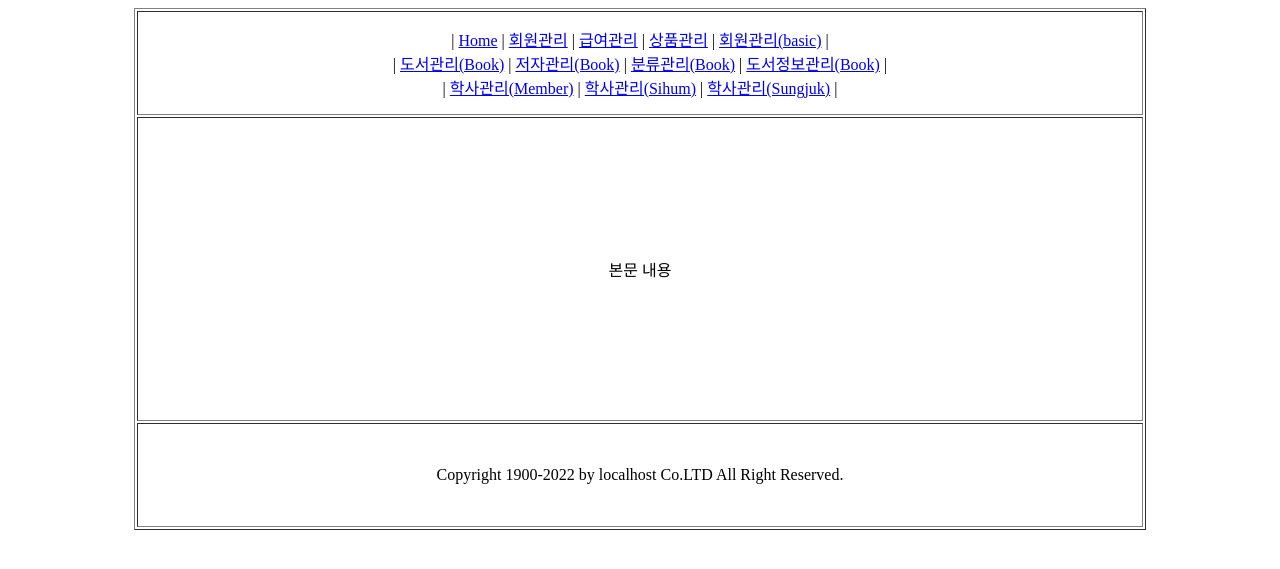
Repository: Mildous/HKIT-BackendClass
Page: http://localhost/jspTest/BookAuthor/delete.jsp
These files come from the project's save history. The page is drawn as it stood at one moment and after the next save; the edit follows.
The browser window is 1280 px wide. The pictures show the whole page.
The page is served by Tomcat 9. Other server files are loaded and not shown.

Above is the page before, as saved 2022-08-16 02:15:01.

### workspace/jsp/jspTest/WebContent/BookAuthor/delete.jsp
<%@ page language="java" contentType="text/html; charset=UTF-8"
    pageEncoding="UTF-8"%>
<!DOCTYPE html>
<html>
<head>
<meta charset="UTF-8">
<title>저자관리</title>
</head>
<body>

<table border="1" width="80%" align="center">
	<tr>
		<td height="100px;" align="center">
			<jsp:include page="../include/inc_menu.jsp" flush="true" />
		</td>
	</tr>
	<tr>
		<td height="300px;" align="center">
			본문 내용
		</td>
	</tr>
	<tr>
		<td height="100px;" align="center">
			<jsp:include page="../include/inc_bottom.jsp" flush="true" />
		</td>
	</tr>
</table>

</body>
</html>

### workspace/jsp/jspTest/WebContent/include/inc_menu.jsp
<%@ page language="java" contentType="text/html; charset=UTF-8"
    pageEncoding="UTF-8"%>
<!DOCTYPE html>
<html>
<head>
<meta charset="UTF-8">
<title>Insert title here</title>
</head>
<body>
	|
	<a href="/jspTest">Home</a>
	|
	<a href="../member/list.jsp">회원관리</a>
	|
	<a href="#">급여관리</a>
	|
	<a href="../product/list.jsp">상품관리</a>
	|
	<a href="../memberBasic/list.jsp">회원관리(basic)</a>
	|

	<br>

	|
	<a href="../Book/list.jsp">도서관리(Book)</a>
	|
	<a href="../BookAuthor/list.jsp">저자관리(Book)</a>
	|
	<a href="../BookProfile/list.jsp">분류관리(Book)</a>
	|
	<a href="../BookInfo/list.jsp">도서정보관리(Book)</a>
	|

	<br>

	|
	<a href="../haksaMember/list.jsp">학사관리(Member)</a>
	|
	<a href="../haksaSihum/list.jsp">학사관리(Sihum)</a>
	|
	<a href="../haksaSungjuk/list.jsp">학사관리(Sungjuk)</a>
	|
</body>
</html>

### workspace/jsp/jspTest/WebContent/include/inc_bottom.jsp
<%@ page language="java" contentType="text/html; charset=UTF-8"
    pageEncoding="UTF-8"%>
<!DOCTYPE html>
<html>
<head>
<meta charset="UTF-8">
<title>Insert title here</title>
</head>
<body>
	Copyright 1900-2022 by localhost Co.LTD All Right Reserved.
</body>
</html>

Loaded but not shown: workspace/jsp/jspTest/WebContent/BookAuthor/view_sub.jsp (common file)

After the next save:
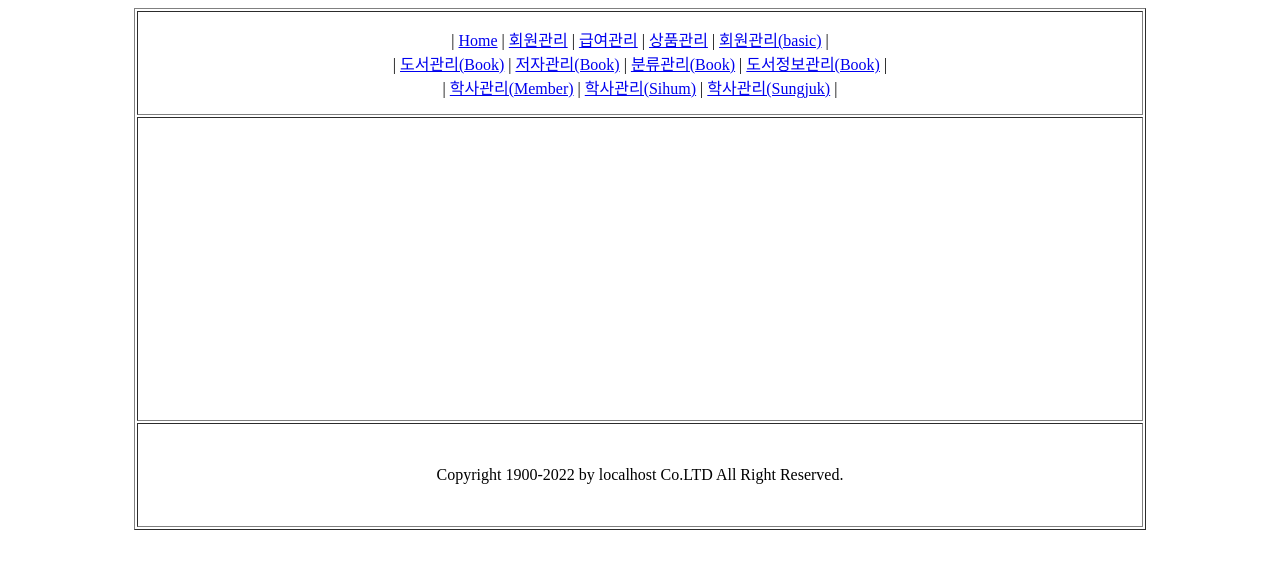
Saved 57 s later.
--- a/workspace/jsp/jspTest/WebContent/BookAuthor/delete.jsp
+++ b/workspace/jsp/jspTest/WebContent/BookAuthor/delete.jsp
@@ -16,7 +16,7 @@
 	</tr>
 	<tr>
 		<td height="300px;" align="center">
-			본문 내용
+			<jsp:include page="view_sub.jsp" flush="true" />
 		</td>
 	</tr>
 	<tr>
